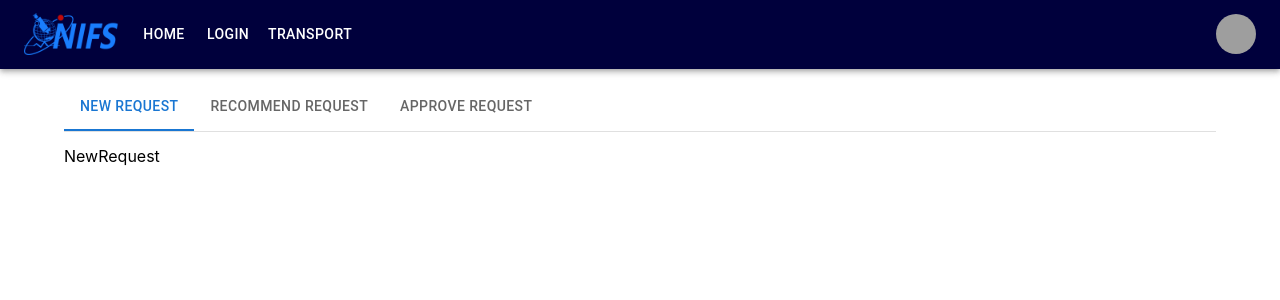
Repository: Ravindu97/NIFS_WebApplication
Page: /transport (app in client/)
An editor plug-in stored every save of this project. The page is shown before and after the next save, followed by the edit.
The browser window is 1280 px wide. The pictures show the whole page.
Pictures or frames that could not be fetched are drawn as grey boxes. The project was rebuilt for these pictures with package versions that can differ from the ones it lists, and the page was loaded fresh each time. Also part of the build but not shown: client/src/pages/Home.js, client/src/pages/Login.js, client/src/components/Transport/RecommendedRequest.js, client/src/components/Transport/ApproveRequest.js.

Above is the page before, as saved 2022-06-30 20:50:54.

### client/src/index.css
body {
  margin: 0;
  font-family: -apple-system, BlinkMacSystemFont, 'Segoe UI', 'Roboto', 'Oxygen',
    'Ubuntu', 'Cantarell', 'Fira Sans', 'Droid Sans', 'Helvetica Neue',
    sans-serif;
  -webkit-font-smoothing: antialiased;
  -moz-osx-font-smoothing: grayscale;
}

:root{
  --main-navbar-back: #00003c;

}


.nav-logo{
  width: 100px;
  height: auto;
}

.main-navbar{
  background-color: var(--main-navbar-back) !important;
}

.secondary-navbar{
  margin-top: 2vh !important;
  margin: auto;
}

.body-content{
  margin: auto;
  width: 90%;
  margin-top: 2vh;
}

### client/src/App.js
import * as React from 'react';
import { BrowserRouter as Router, Route, Routes } from 'react-router-dom';
import Navbar from './components/shared/Navbar';
import Home from './pages/Home';
import Login from './pages/Login';
import TransportMainPage from './pages/TransportMainPage';

function App() {
	return (
		<div>
			<Router>
				<Navbar />
				<Routes>
					<Route exact path="/" element={<Home />} />
					<Route exact path="/login" element={<Login />} />
					<Route exact path="/transport/*" element={<TransportMainPage />} />
				</Routes>
			</Router>
		</div>
	);
}

export default App;

### client/src/components/shared/Navbar.js
import * as React from 'react';
import AppBar from '@mui/material/AppBar';
import Box from '@mui/material/Box';
import Toolbar from '@mui/material/Toolbar';
import IconButton from '@mui/material/IconButton';
import Typography from '@mui/material/Typography';
import Menu from '@mui/material/Menu';
import MenuIcon from '@mui/icons-material/Menu';
import Container from '@mui/material/Container';
import Avatar from '@mui/material/Avatar';
import Button from '@mui/material/Button';
import Tooltip from '@mui/material/Tooltip';
import MenuItem from '@mui/material/MenuItem';
import { Link } from 'react-router-dom';
import Logo from '../../images/nifs_logo.png';

const Navbar = () => {
	const pages = [
		{
			id: 0,
			title: 'Home',
			link: '/',
		},
		{
			id: 1,
			title: 'Login',
			link: '/login',
		},
		{
			id: 2,
			title: 'Transport',
			link: '/transport',
		},
	];

	const settings = [
		{
			id: 0,
			title: 'Home',
			link: '/',
		},
		{
			id: 1,
			title: 'Login',
			link: '/login',
		},
		{
			id: 2,
			title: 'Transport',
			link: '/transport',
		},
	];

	const [anchorElNav, setAnchorElNav] = React.useState(null);
	const [anchorElUser, setAnchorElUser] = React.useState(null);

	const handleOpenNavMenu = (event) => {
		setAnchorElNav(event.currentTarget);
	};
	const handleOpenUserMenu = (event) => {
		setAnchorElUser(event.currentTarget);
	};

	const handleCloseNavMenu = () => {
		setAnchorElNav(null);
	};

	const handleCloseUserMenu = () => {
		setAnchorElUser(null);
	};

	return (
		<AppBar position="static" className="main-navbar">
			<Container maxWidth="xl">
				<Toolbar disableGutters>
					{/* <AdbIcon sx={{ display: { xs: 'none', md: 'flex' }, mr: 1 }} /> */}
					<Box sx={{ display: { xs: 'none', md: 'flex' }, mr: 1 }}>
						<img src={Logo} alt="logo" className="nav-logo" />
					</Box>

					<Box sx={{ flexGrow: 1, display: { xs: 'flex', md: 'none' } }}>
						<IconButton
							size="large"
							aria-label="account of current user"
							aria-controls="menu-appbar"
							aria-haspopup="true"
							onClick={handleOpenNavMenu}
							color="inherit"
						>
							<MenuIcon />
						</IconButton>
						<Menu
							id="menu-appbar"
							anchorEl={anchorElNav}
							anchorOrigin={{
								vertical: 'bottom',
								horizontal: 'left',
							}}
							keepMounted
							transformOrigin={{
								vertical: 'top',
								horizontal: 'left',
							}}
							open={Boolean(anchorElNav)}
							onClose={handleCloseNavMenu}
							sx={{
								display: { xs: 'block', md: 'none' },
							}}
						>
							{pages &&
								pages.map((page) => (
									<MenuItem key={page.id} onClick={handleCloseNavMenu}>
										<Link to={page.link} style={{ textDecoration: 'none' }}>
											<Typography textAlign="center">{page.title}</Typography>
										</Link>
									</MenuItem>
								))}
						</Menu>
					</Box>

					<Box
						sx={{
							mr: 2,
							display: { xs: 'flex', md: 'none' },
							flexGrow: 1,
						}}
					>
						<img src={Logo} alt="logo" className="nav-logo" />
					</Box>

					<Box sx={{ flexGrow: 1, display: { xs: 'none', md: 'flex' } }}>
						{pages &&
							pages.map((page) => (
								<Link to={page.link} style={{ textDecoration: 'none' }}>
									<Button
										key={page.id}
										onClick={handleCloseNavMenu}
										sx={{ my: 2, color: 'white', display: 'block' }}
									>
										{page.title}
									</Button>
								</Link>
							))}
					</Box>

					<Box sx={{ flexGrow: 0 }}>
						<Tooltip title="Open settings">
							<IconButton onClick={handleOpenUserMenu} sx={{ p: 0 }}>
								<Avatar
									alt="Remy Sharp"
									src="https://images.unsplash.com/photo-1566753323558-f4e0952af115?ixlib=rb-1.2.1&ixid=MnwxMjA3fDB8MHxzZWFyY2h8MXx8bWFsZXxlbnwwfHwwfHw%3D&w=1000&q=80"
								/>
							</IconButton>
						</Tooltip>
						<Menu
							sx={{ mt: '45px' }}
							id="menu-appbar"
							anchorEl={anchorElUser}
							anchorOrigin={{
								vertical: 'top',
								horizontal: 'right',
							}}
							keepMounted
							transformOrigin={{
								vertical: 'top',
								horizontal: 'right',
							}}
							open={Boolean(anchorElUser)}
							onClose={handleCloseUserMenu}
						>
							{settings.map((setting) => (
								<MenuItem key={setting.id} onClick={handleCloseUserMenu}>
									<Typography textAlign="center">{setting.title}</Typography>
								</MenuItem>
							))}
						</Menu>
					</Box>
				</Toolbar>
			</Container>
		</AppBar>
	);
};
export default Navbar;

### client/src/pages/TransportMainPage.js
import React from 'react';

import TransportNavbar from '../components/Transport/shared/TransportNavbar';
import { Route, Routes } from 'react-router-dom';
import NewRequest from '../components/Transport/NewRequest';
import RecommendedRequest from '../components/Transport/RecommendedRequest';
import ApproveRequest from '../components/Transport/ApproveRequest';

function TransportMainPage() {
	return (
		<div>
			<TransportNavbar />
			<div className="body-content">
				<Routes>
					<Route exact path="/" element={<NewRequest />} />
					<Route exact path="/recommend" element={<RecommendedRequest />} />
					<Route exact path="/approve" element={<ApproveRequest />} />
				</Routes>
			</div>
		</div>
	);
}

export default TransportMainPage;

### client/src/components/Transport/shared/TransportNavbar.js
import * as React from 'react';
import Tabs from '@mui/material/Tabs';
import Tab from '@mui/material/Tab';
import Box from '@mui/material/Box';
import { Link, useLocation } from 'react-router-dom';

export default function TransportNavbar() {
	const location = useLocation();
	console.log(location);
	const pages = [
		{
			id: 0,
			title: 'New Request',
			link: '/transport',
		},
		{
			id: 1,
			title: 'Recommend Request',
			link: '/transport/recommend',
		},
		{
			id: 2,
			title: 'Approve Request',
			link: '/transport/approve',
		},
	];

	return (
		<Box sx={{ width: '90%' }} className="secondary-navbar">
			<Box sx={{ borderBottom: 1, borderColor: 'divider' }}>
				<Tabs value={location.pathname}>
					{pages &&
						pages.map((page) => (
							<Tab
								key={page.id}
								label={page.title}
								value={page.link}
								component={Link}
								to={page.link}
							/>
						))}
				</Tabs>
			</Box>
		</Box>
	);
}

### client/src/components/Transport/NewRequest.js
import React from 'react';

function NewRequest() {
	return <div>NewRequest</div>;
}

export default NewRequest;

Loaded but not shown: client/src/index.js (common file); client/src/reportWebVitals.js (common file)

After the next save:
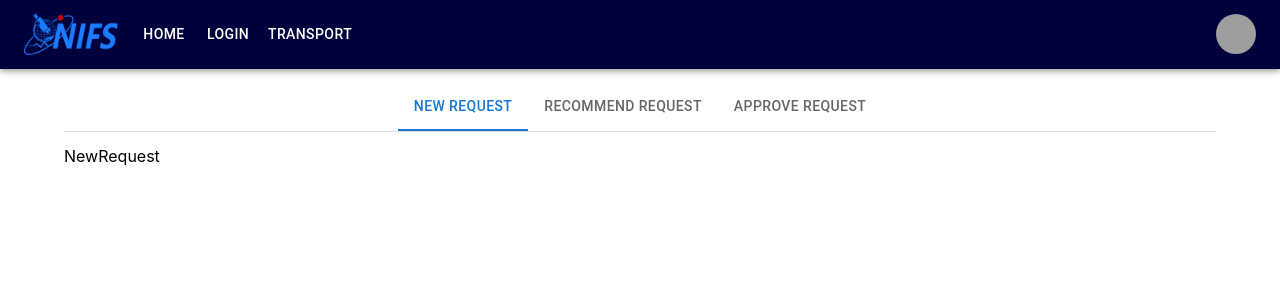
Saved 89 s later.
--- a/client/src/components/Transport/shared/TransportNavbar.js
+++ b/client/src/components/Transport/shared/TransportNavbar.js
@@ -28,7 +28,7 @@ export default function TransportNavbar() {
 	return (
 		<Box sx={{ width: '90%' }} className="secondary-navbar">
 			<Box sx={{ borderBottom: 1, borderColor: 'divider' }}>
-				<Tabs value={location.pathname}>
+				<Tabs value={location.pathname} centered>
 					{pages &&
 						pages.map((page) => (
 							<Tab
